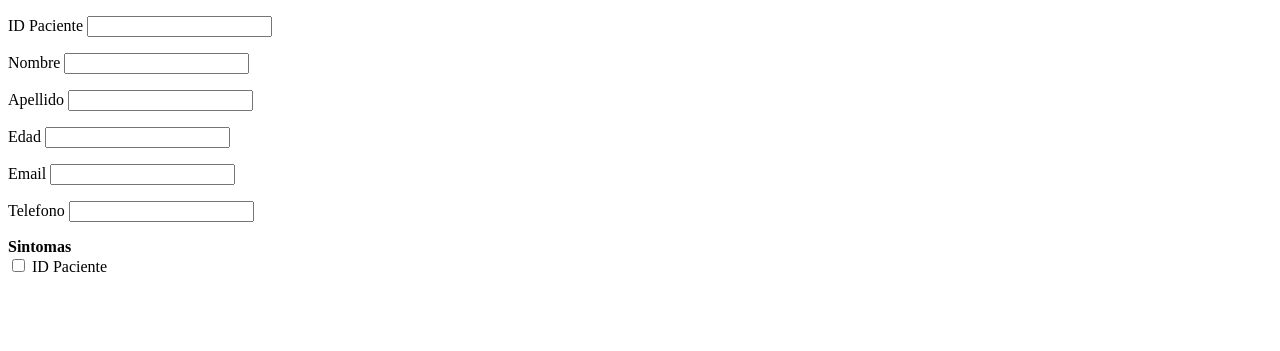
Repository: Divineridh/LPPAChallenges
Page: Trabajos en Clase/ejercicio forms covid/index.html
The author's editor kept a copy of each file at every save. The page is drawn from the files as they stood at one save, then again after the next save.
The browser window is 1280 px wide. The pictures show the whole page.

Above is the page before, as saved 2022-04-19 21:00:52.

### Trabajos en Clase/ejercicio forms covid/index.html
<!DOCTYPE html>
<html lang="en">
<head>
    <meta charset="UTF-8">
    <meta http-equiv="X-UA-Compatible" content="IE=edge">
    <meta name="viewport" content="width=device-width, initial-scale=1.0">
    <title>Formularios covid</title>
</head>
<body>
    <form>
        <p>
            <label for="idpaciente">ID Paciente</label>
            <input type="text" id="idpaciente" name="idpaciente"><br>
        </p>
        <p>
            <label for="nombre">Nombre</label>
            <input type="text" id="nombre" name="nombre">
        </p>
        <p>
            <label for="apellido">Apellido</label>
            <input type="text" id="apellido" name="apellido"><br>
        </p>
        <p>
            <label for="edad">Edad</label>
            <input type="text" id="edad" name="edad"><br>
        </p>
        <p>
            <label for="email">Email</label>
            <input type="text" id="email" name="email"><br>
        </p>
        <p>
            <label for="telefono">Telefono</label>
            <input type="text" id="telefono" name="telefono"><br>
        </p>
        <p>
            <b>Sintomas</b> <br>
            <input type="checkbox" id="fiebre" name="fiebre">
            <label for="fiebre">ID Paciente</label>
        </p>
    </form>
</body>
</html>

After the next save:
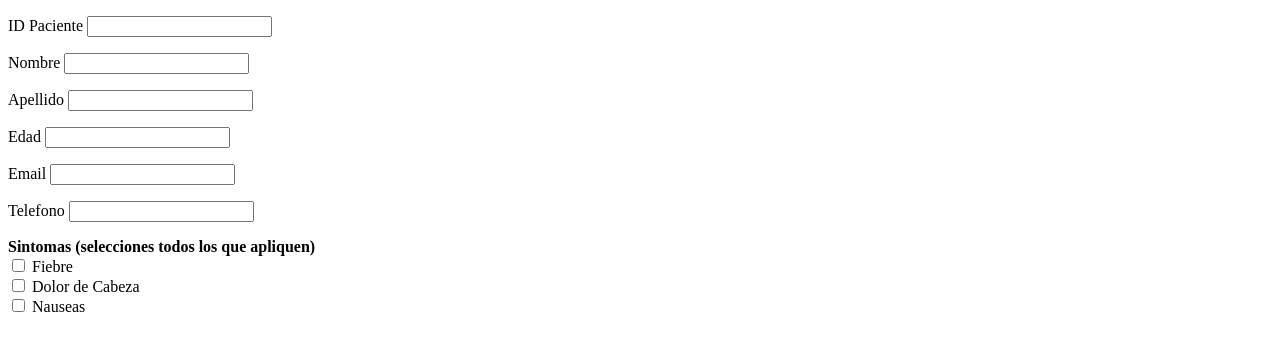
Saved 2 min 4 s later.
--- a/Trabajos en Clase/ejercicio forms covid/index.html
+++ b/Trabajos en Clase/ejercicio forms covid/index.html
@@ -33,9 +33,13 @@
             <input type="text" id="telefono" name="telefono"><br>
         </p>
         <p>
-            <b>Sintomas</b> <br>
+            <b>Sintomas (selecciones todos los que apliquen)</b> <br>
             <input type="checkbox" id="fiebre" name="fiebre">
-            <label for="fiebre">ID Paciente</label>
+            <label for="fiebre">Fiebre</label> <br>
+            <input type="checkbox" id="dolorcabeza" name="dolorcabeza">
+            <label for="dolorcabeza">Dolor de Cabeza</label> <br>
+            <input type="checkbox" id="nauseas" name="nauseas">
+            <label for="nauseas">Nauseas</label>
         </p>
     </form>
 </body>
